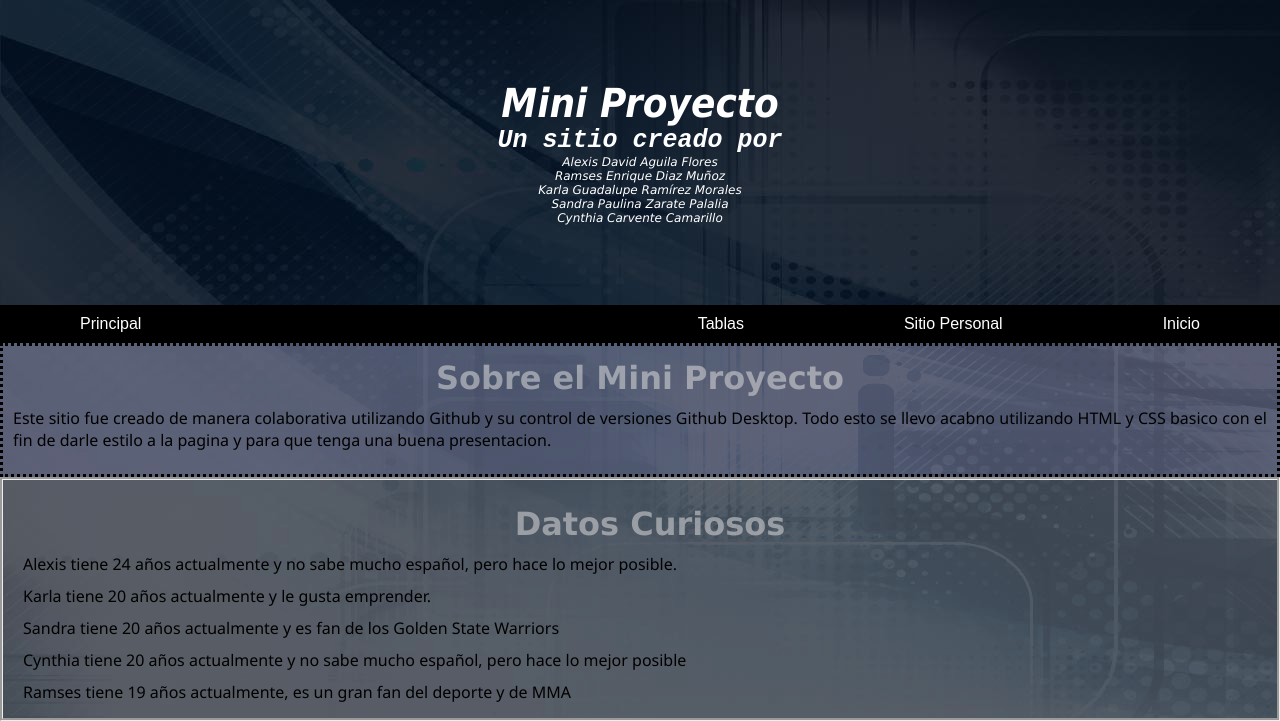
Repository: Dogueen/miniProyectoUniversidad
Page: miniProyecto/principal.html
These files come from the project's save history. The page is drawn as it stood at one moment and after the next save; the edit follows.
The browser window is 1280 px wide. The pictures show the whole page.

Above is the page before, as saved 2023-10-31 19:31:08.

After the next save:
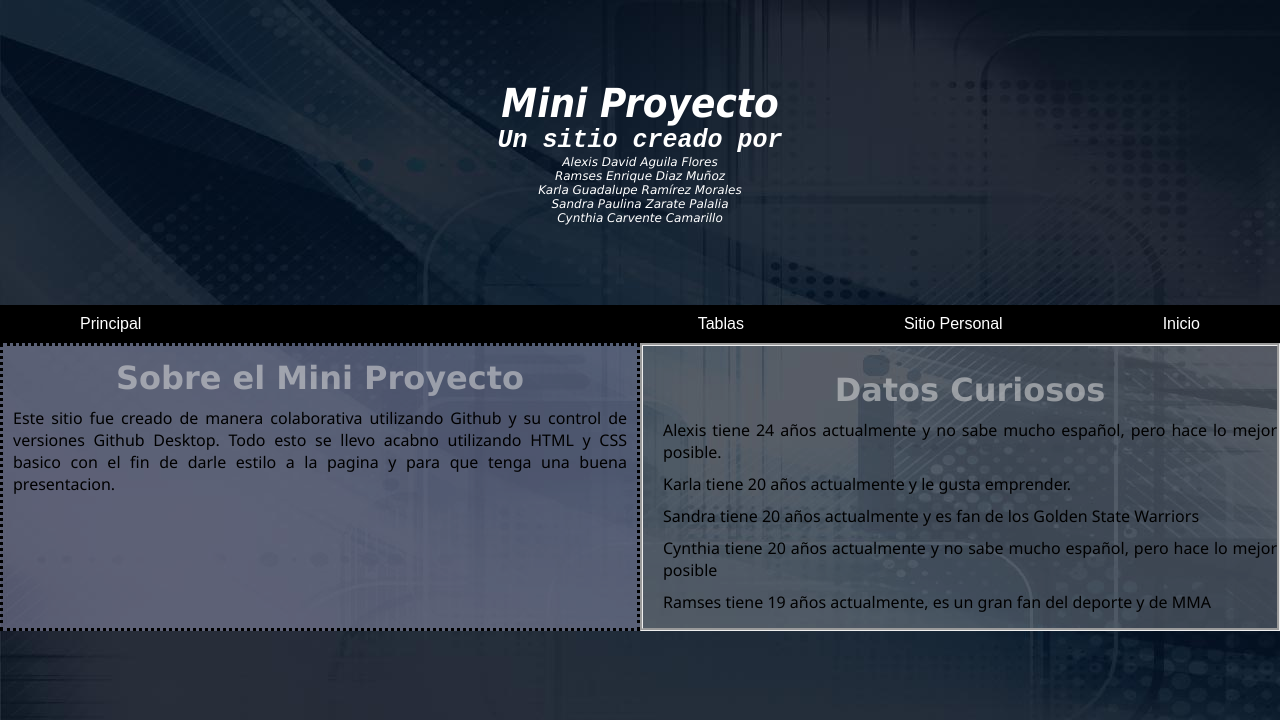
Saved 3 min 18 s later.
--- a/miniProyecto/principal.html
+++ b/miniProyecto/principal.html
@@ -33,7 +33,7 @@
     </div>
 
     <div class="row">
-        <d class="side">
+        <div class="side">
             <h1>Sobre el Mini Proyecto</h1>
             <p class="parat">Este sitio fue creado de manera colaborativa utilizando Github y su control de
                 versiones Github Desktop. Todo esto se llevo acabno utilizando HTML y CSS
